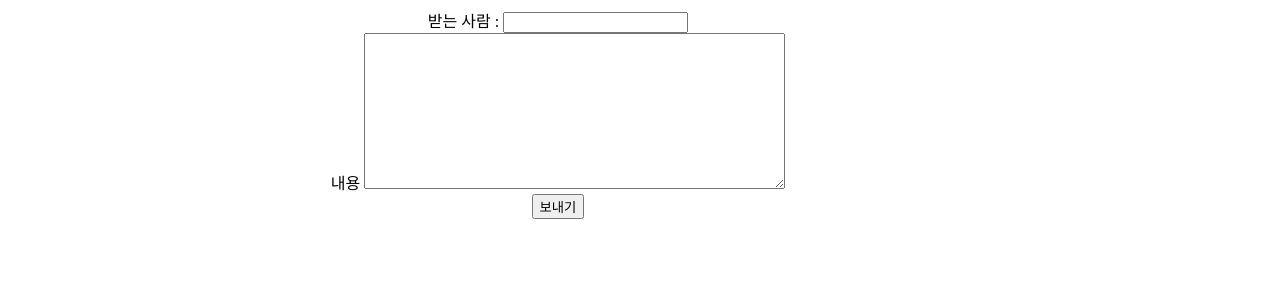
Repository: heebedev/TheJoeun_JSP
Page: http://localhost/TeamProject_05/messageSend.jsp
The author's editor kept a copy of each file at every save. The page is drawn from the files as they stood at one save, then again after the next save.
The browser window is 1280 px wide. The pictures show the whole page.
The page is served by Tomcat 9. Other server files are loaded and not shown.

Above is the page before, as saved 2020-06-16 09:34:19.

### TeamProject_05/WebContent/messageSend.jsp
<%@ page language="java" contentType="text/html; charset=UTF-8"
    pageEncoding="UTF-8"%>
<!DOCTYPE html>
<html>
<head>
<meta charset="UTF-8">
<title>쪽지보내기</title>
	<style>
	.item1 { height: 500px; margin: 0 300px 0 300px; width: 500px; float: center;}


	</style>
</head>
<body>

	<div class="item1">
		<form action="messageWin.bill" method="post" align = "center">
			<div width="450px">받는 사람 : <input type="text" name="nickname" value="${usinfo.nickname}" readonly="readonly"></div>
			<div width="450px" style="vertical-align: center"> 내용 <textarea rows="10" cols="50" name="message"></textarea> </div>
			<div width="450px"><input type="submit" value="보내기"> </div>
		</form>
	</div>

</body>
</html>

After the next save:
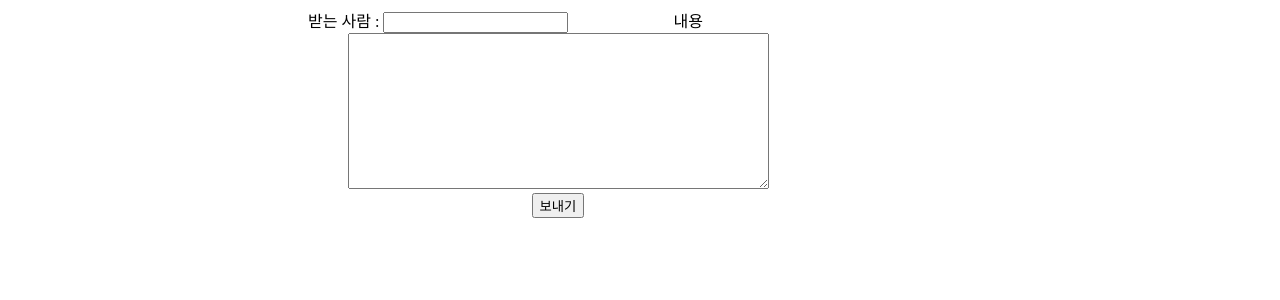
Saved 47 s later.
--- a/TeamProject_05/WebContent/messageSend.jsp
+++ b/TeamProject_05/WebContent/messageSend.jsp
@@ -15,7 +15,7 @@
 
 	<div class="item1">
 		<form action="messageWin.bill" method="post" align = "center">
-			<div width="450px">받는 사람 : <input type="text" name="nickname" value="${usinfo.nickname}" readonly="readonly"></div>
+			<div width="450px" style="float: left">받는 사람 : <input type="text" name="nickname" value="${usinfo.nickname}" readonly="readonly"></div>
 			<div width="450px" style="vertical-align: center"> 내용 <textarea rows="10" cols="50" name="message"></textarea> </div>
 			<div width="450px"><input type="submit" value="보내기"> </div>
 		</form>

After the 2 saves that followed:
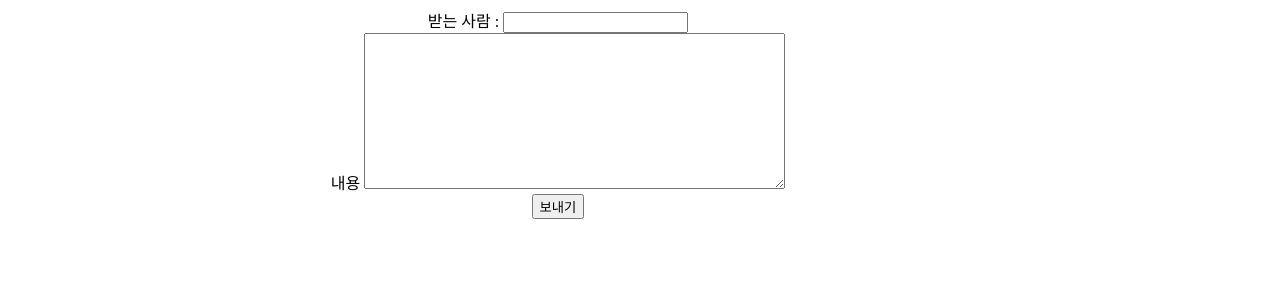
The 2 saves are shown as one change because 1 left the picture as it was.
The last was saved 60 s later.
--- a/TeamProject_05/WebContent/messageSend.jsp
+++ b/TeamProject_05/WebContent/messageSend.jsp
@@ -15,9 +15,9 @@
 
 	<div class="item1">
 		<form action="messageWin.bill" method="post" align = "center">
-			<div width="450px" style="float: left">받는 사람 : <input type="text" name="nickname" value="${usinfo.nickname}" readonly="readonly"></div>
-			<div width="450px" style="vertical-align: center"> 내용 <textarea rows="10" cols="50" name="message"></textarea> </div>
-			<div width="450px"><input type="submit" value="보내기"> </div>
+			<div width="500px" style="align-content: left">받는 사람 : <input type="text" name="nickname" value="${usinfo.nickname}" readonly="readonly"></div>
+			<div width="500px" style="vertical-align: center"> 내용 <textarea rows="10" cols="50" name="message"></textarea> </div>
+			<div width="500px"><input type="submit" value="보내기"> </div>
 		</form>
 	</div>
 
